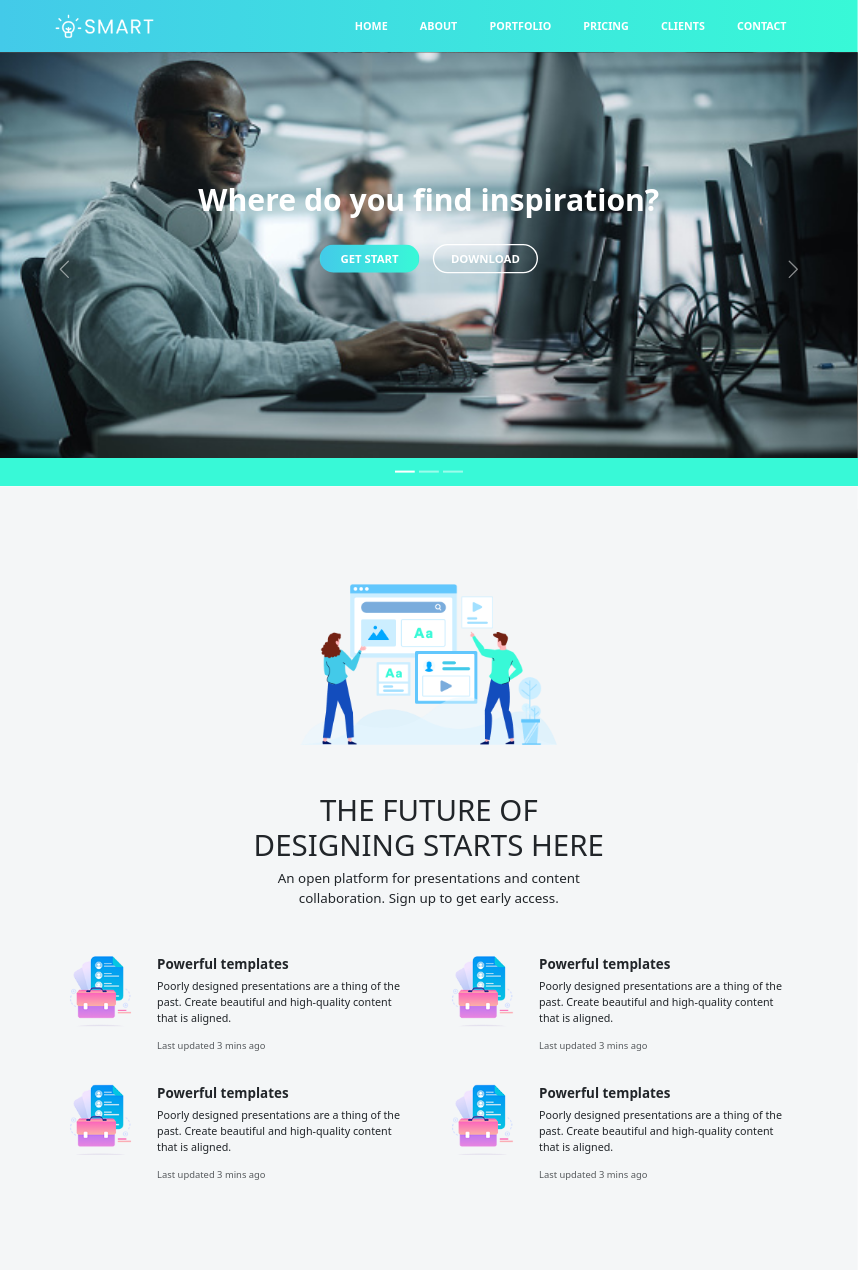
Repository: rizwan-zafar/smart-React
Page: /
An editor plug-in stored every save of this project. The page is shown before and after a run of saves, followed by the edit.
The browser window is 1280 px wide. The pictures show the whole page, at 67% of full size.
The project was rebuilt for these pictures with package versions that can differ from the ones it lists, and the page was loaded fresh each time.

Above is the page before, as saved 2022-11-17 11:46:15.

After the next 4 saves:
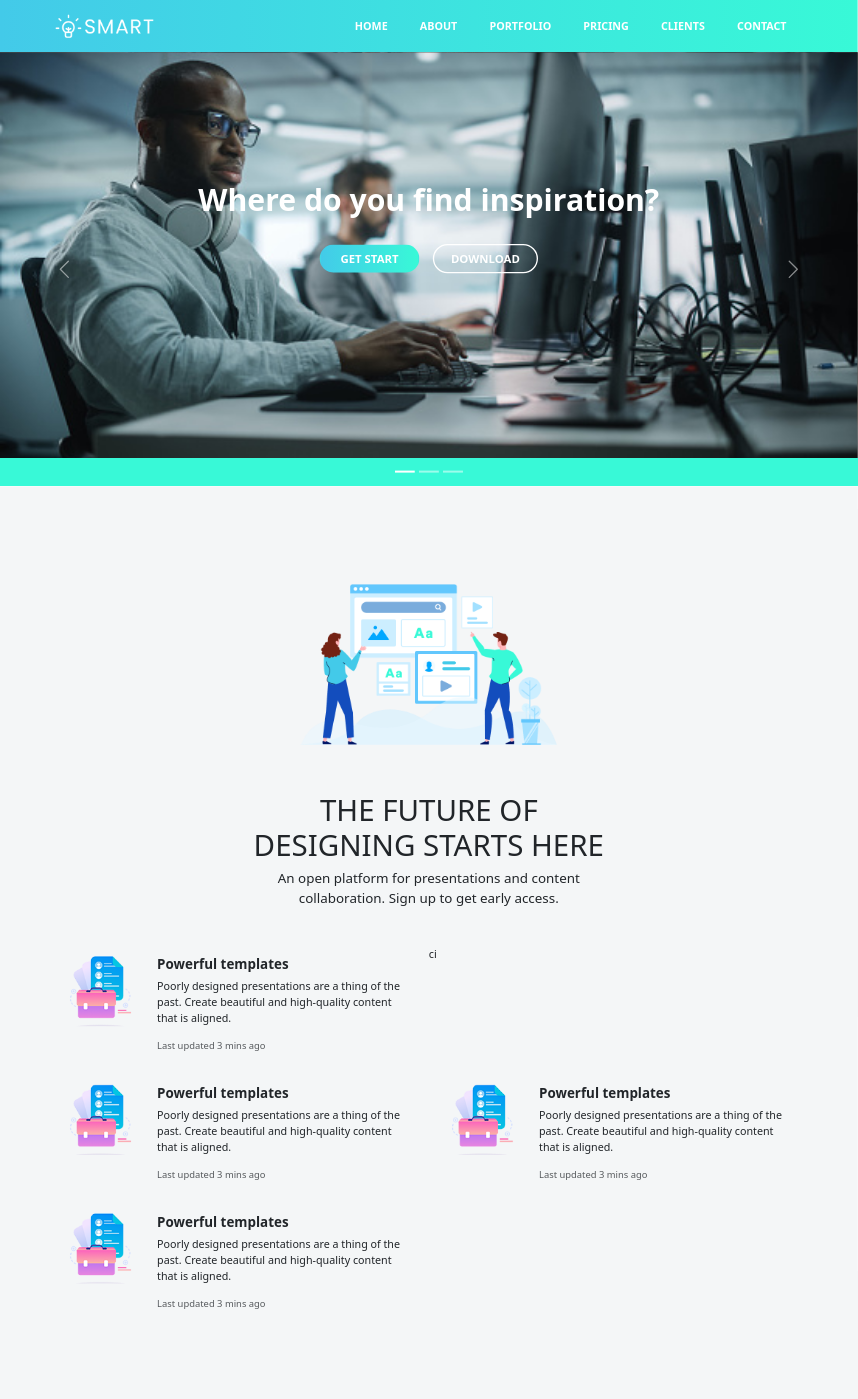
The 4 saves are shown as one change because 1 did not build or start and some came seconds apart.
The last was saved 14 s later.
--- a/src/Components/Service.js
+++ b/src/Components/Service.js
@@ -30,7 +30,7 @@
                             </div>
                         </div>
                     </div>
-
+                    ci
                     <div className="col-xs-12 col-sm-12 col-md-6 col-lg-6 col-xl-6 ">
                         <div className="card mb-3" >
                             <div className="row g-0">

After the save that followed:
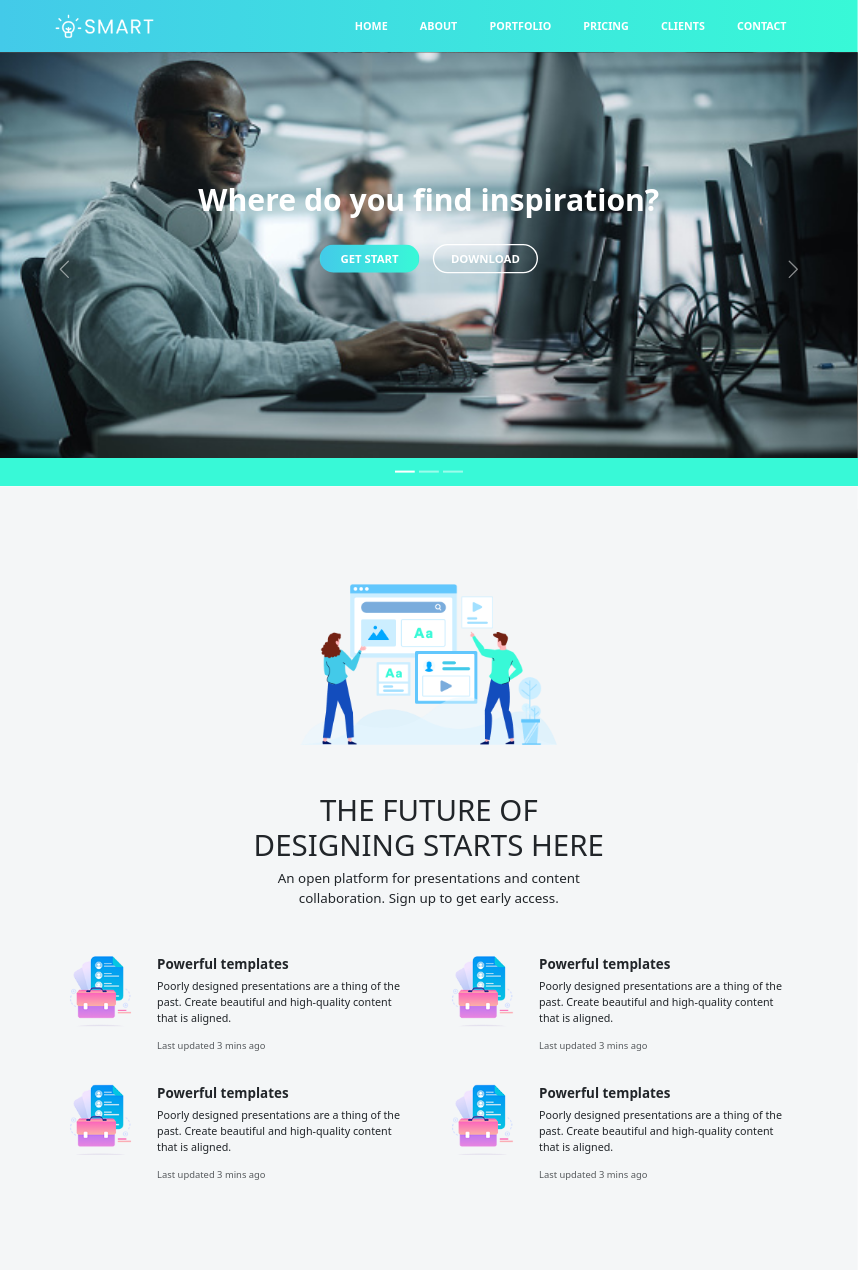
Saved 4 s later.
--- a/src/Components/Service.js
+++ b/src/Components/Service.js
@@ -30,7 +30,7 @@
                             </div>
                         </div>
                     </div>
-                    ci
+                    {/* c */}
                     <div className="col-xs-12 col-sm-12 col-md-6 col-lg-6 col-xl-6 ">
                         <div className="card mb-3" >
                             <div className="row g-0">
